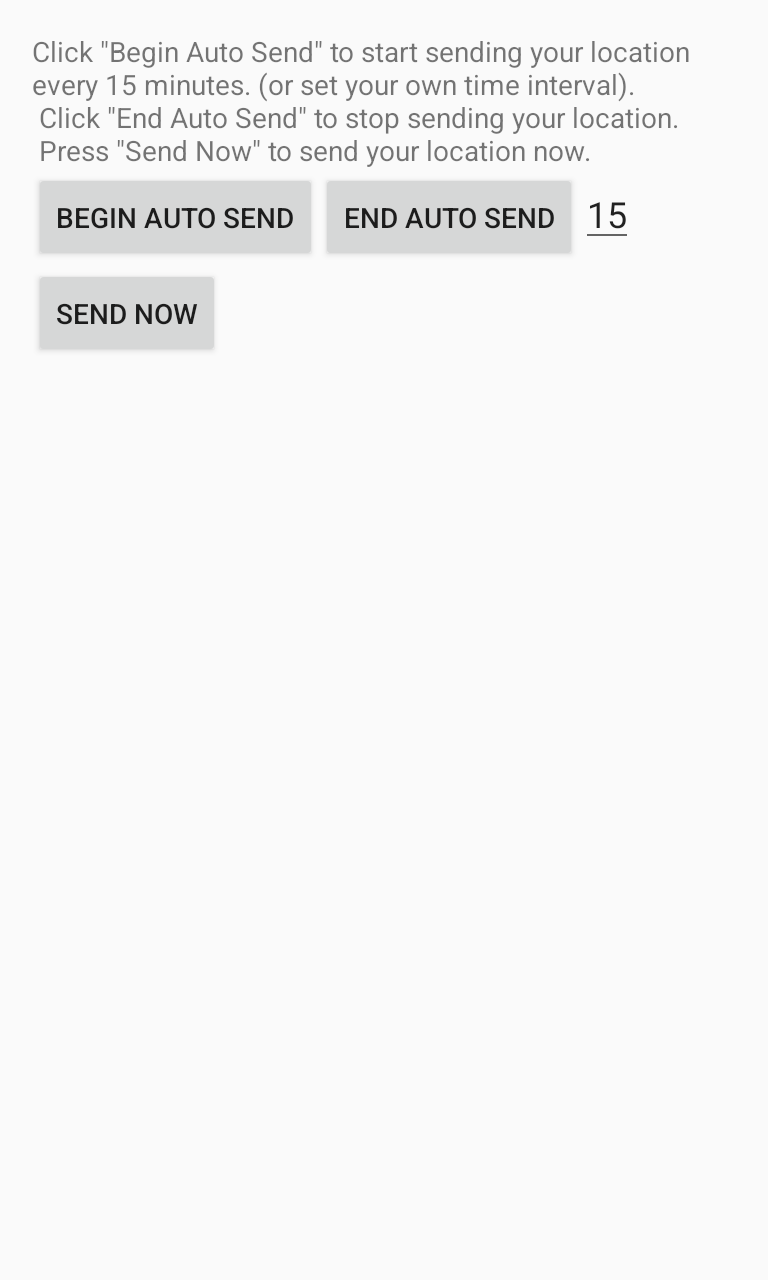
Repository: haidark/rahat
Layout: android/Rahat/res/layout/fragment_main.xml
The author's editor kept a copy of each file at every save. The layout is drawn from the files as they stood at one save, then again after the next save.
It is drawn on a 768 x 1280 px phone screen (xhdpi) without system bars, with theme AppTheme; the app's code is not run.

Above is the layout before, as saved 2014-05-04 02:26:52.

### android/Rahat/res/layout/fragment_main.xml
<LinearLayout xmlns:android="http://schemas.android.com/apk/res/android"
    xmlns:tools="http://schemas.android.com/tools"
    android:layout_width="match_parent"
    android:layout_height="match_parent"
    android:paddingBottom="@dimen/activity_vertical_margin"
    android:paddingLeft="@dimen/activity_horizontal_margin"
    android:paddingRight="@dimen/activity_horizontal_margin"
    android:paddingTop="@dimen/activity_vertical_margin"
    tools:context="com.example.rahat.MainActivity$PlaceholderFragment"
	android:orientation="vertical" >
    <TextView android:id="@+id/text_top"
	          android:layout_width="wrap_content"
	          android:layout_height="wrap_content"
	          android:text="@string/text_info" />

    <LinearLayout android:layout_width="wrap_content"
    			  android:layout_height="wrap_content"
    			  android:orientation="horizontal">

        <Button
            	android:id="@+id/beginbutton"
            	android:layout_width="wrap_content"
		        android:layout_height="wrap_content"
		        android:text="@string/button_start"
		        android:onClick="beginService" />
        <Button
            	android:id="@+id/endbutton"
            	android:layout_width="wrap_content"
		        android:layout_height="wrap_content"
		        android:text="@string/button_stop"
		        android:onClick="endService" />

        <EditText android:id="@+id/edit_1"
        		  android:layout_width="wrap_content"
        		  android:layout_height="wrap_content"
        		  android:text="@string/edit_1"
        		  android:maxLength="2"
        		  android:inputType="number" />

    </LinearLayout>

    <Button
        android:layout_width="wrap_content"
        android:layout_height="wrap_content"
        android:text="@string/button_send"
        android:onClick="sendLocation" />

    <ScrollView android:layout_width="fill_parent"
    			android:layout_height="wrap_content" >

	    <TextView android:id="@+id/text_1"
	        android:layout_width="wrap_content"
	        android:layout_height="wrap_content"
	        android:text="@string/text_scroll" />

	</ScrollView>

</LinearLayout>

### android/Rahat/res/values/strings.xml
<?xml version="1.0" encoding="utf-8"?>
<resources>

    <string name="app_name">Rahat</string>
    <string name="action_settings">Settings</string>
	<string name="edit_1">15</string>
	<string name="text_info">
	    Click \"Begin Auto Send\" to start sending your location every 15 minutes.
	    (or set your own time interval).\n
	    Click \"End Auto Send\" to stop sending your location.\n
	    Press \"Send Now\" to send your location now.
	    </string>
	<string name="text_scroll"></string>
	<string name="button_send">Send Now</string>
	<string name="button_start">Begin Auto Send</string>
	<string name="button_stop">End Auto Send</string>
	<string name="title_activity_main">MainActivity</string>
</resources>

Loaded but not shown: android/Rahat/res/values/styles.xml (common file); android/Rahat/res/values-v11/styles.xml (common file); android/Rahat/res/values-v14/styles.xml (common file); android/Rahat/res/values/dimens.xml (common file); android/Rahat/res/values-w820dp/dimens.xml (common file)

After the next save:
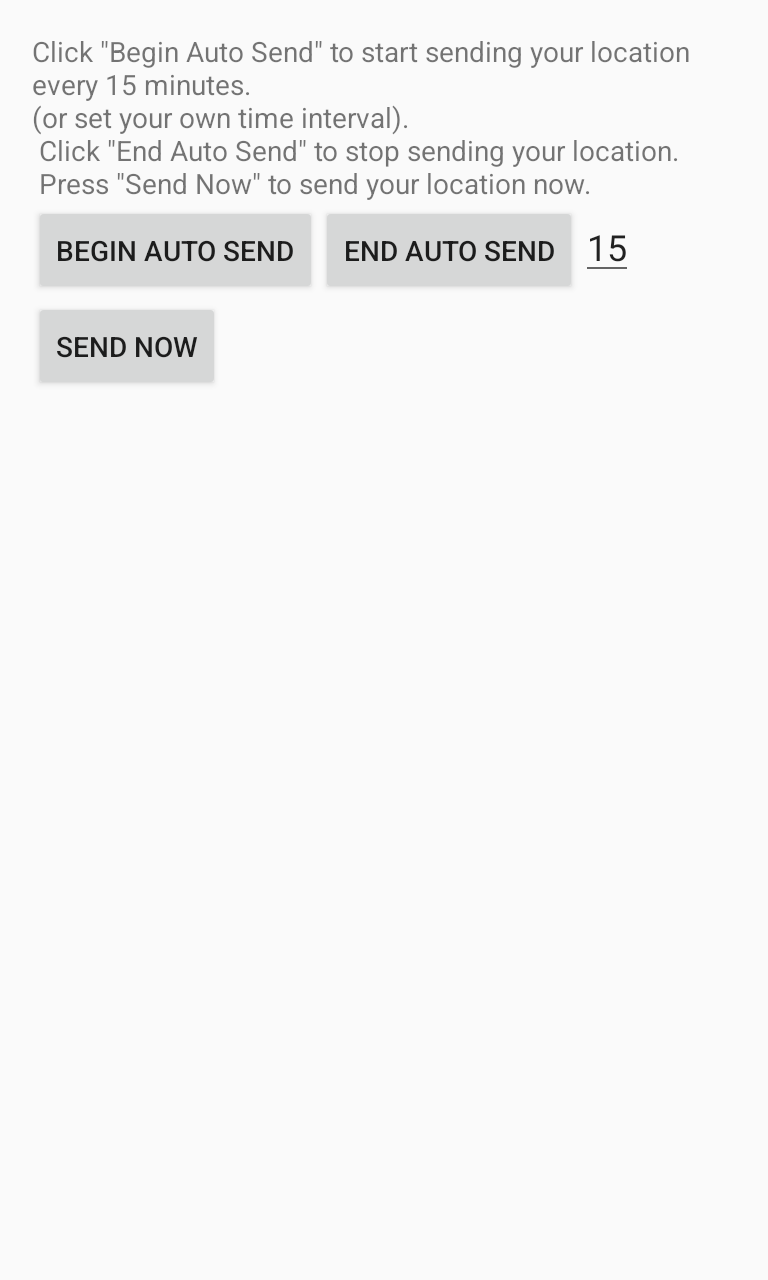
Saved 53 s later.
--- a/android/Rahat/res/values/strings.xml
+++ b/android/Rahat/res/values/strings.xml
@@ -6,7 +6,7 @@
 	<string name="edit_1">15</string>
 	<string name="text_info">
 	    Click \"Begin Auto Send\" to start sending your location every 15 minutes.
-	    (or set your own time interval).\n
+	    \n(or set your own time interval).\n
 	    Click \"End Auto Send\" to stop sending your location.\n
 	    Press \"Send Now\" to send your location now.
 	    </string>
